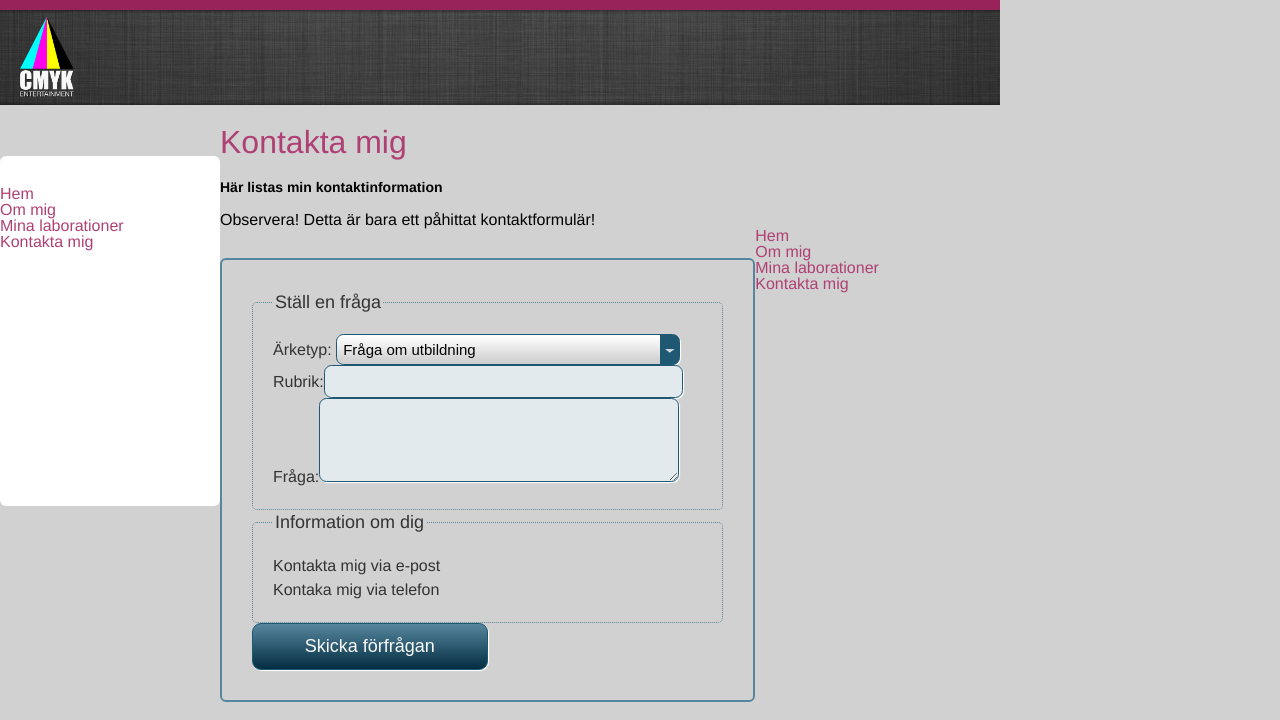
Repository: Holmewi/1ik415-jh222qr-laborationer
Page: pages/kontakt.html
The author's editor kept a record of every edit. The page is drawn from the files as they stood at one moment, then again after the next edit.
The browser window is 1280 px wide. The pictures show the whole page.

Above is the page before.

### pages/kontakt.html
<!DOCTYPE HTML>
<html lang="sv">
    <head>
        <meta charset="utf-8">
        <title>Kontakta mig - Här listas min kontaktinformation</title>
        <link rel="stylesheet" media="all" href="../css/style.css" />
    </head>
    <body>
        <container>
            <header>
                <div id="headerTop">

                </div>
                <div id="headerBottom">
                    <img src="../pics/logo.png" alt="min logotyp" class="logotyp">
                </div>
            </header>

            <nav class="borderRadius">
                <ul>
                    <li><a href="../index.html">Hem</a></li>
                    <li><a href="presentation.html">Om mig</a></li>
                    <li><a href="laborationer.html">Mina laborationer</a></li>
                    <li><a href="kontakt.html">Kontakta mig</a></li>
                </ul>
            </nav>

            <content class="borderRadius">
                <div id="contentTop">
                    <h1>Kontakta mig</h1>
                    <h4>Här listas min kontaktinformation</h4>
                </div>
                <p>Observera! Detta är bara ett påhittat kontaktformulär!</p>

                <a id="kontaktform"></a>
                <form id="input" action="http://voyager.lnu.se/tekinet/kurser/dtt/wp_webbintro/form.php" method="post">
                    <fieldset>
                        <legend>Ställ en fråga</legend>

                        Ärketyp:
                        <select>
                            <option value="utbildning">Fråga om utbildning</option>
                            <option value="kurs">Fråga om kurs</option>
                            <option value="hyra">Fråga om anställning</option>
                            <option value="webbplatsen">Fråga om webbplatsen</option>
                            <option value="privat">Ställ en privat fråga</option>
                        </select>
                        <br>
                        Rubrik:<input type="text" id="header"/>
                        <br>
                        Fråga:<textarea id="question" rows="4" cols="39"></textarea>
                    </fieldset>

                    <fieldset>
                        <legend>Information om dig</legend>
                        <input type="checkbox" id="e-post"/>Kontakta mig via e-post<br>
                        <input type="checkbox" id="telefon"/>Kontaka mig via telefon<br>
                    </fieldset>
                    <input type="Submit" value="Skicka förfrågan">
                </form>
             </content>
             <footer>
                <ul>
                    <li><a href="index.html">Hem</a></li>
                    <li><a href="pages/presentation.html">Om mig</a></li>
                    <li><a href="pages/laborationer.html">Mina laborationer</a></li>
                    <li><a href="pages/kontakt.html">Kontakta mig</a></li>
                </ul>
             </footer>
        </container>
    </body>
</html>

### css/style.css
@charset "UTF-8";
/* CSS Document */
/* http://meyerweb.com/eric/tools/css/reset/
   v2.0 | 20110126
   License: none (public domain)
*/

/*
	Main #97235A (Pink)
		Light main #D06C9B #AF4074
		Dark main #7B0E42 #58002A
	Secondary #1F5873 (Blue)
		Light aside #e3eaed #346B85
		Dark aside #0F445D #032D42
	Filler #B59D2A (Mustard)
		Light header #F9E482 #D2BB4C
		Dark header #947D11 #695700
	Text links #7B0E42
	Dark text #1D1D1D
	Light text #FAFAFA
	Footer #2A2A2A
*/

html, body, div, span, applet, object, iframe,
/* h1, h2, h3, h4, h5, h6, */ p, blockquote, pre,
a, abbr, acronym, address, big, cite, code,
del, dfn, em, img, ins, kbd, q, s, samp,
small, strike, strong, sub, sup, tt, var,
b, u, i, center,
dl, dt, dd, ol, ul, li,
/*fieldset, form, label, legend,*/
table, caption, tbody, tfoot, thead, tr, th, td,
article, aside, canvas, details, embed,
figure, figcaption, footer, header, hgroup,
menu, nav, output, ruby, section, summary,
time, mark, audio, video {
	margin: 0;
	padding: 0;
	border: 0;
	font-size: 100%;
	font-style: inherit;
    font-family: "Mundo Sans W01 Medium",Helvetica,sans-serif;
	vertical-align: baseline;
}
/* HTML5 display-role reset for older browsers */
article, aside, details, figcaption, figure,
footer, header, hgroup, main, menu, nav, section, container {
	display: block;
}

html {
    	overflow-y:scroll;     /* Fixar marginalen på sidor som inte har scroll */
}

body {
    background-color:#d1d1d1;
	line-height: 1;
}

    ul {
    	list-style: none;
    }

    blockquote, q {
    	quotes: none;
    }

    blockquote:before, blockquote:after,
    q:before, q:after {
    	content: '';
    	content: none;
    }

    table {
    	border-collapse: collapse;
    	border-spacing: 0;
    }



#wrapper {
	margin-left: auto;
	margin-right: auto;
    max-width: 1000px;
    height: 100%;
}

    header #top {
        width: 1000px;
    }

    header .asideheader {

    }

        #headerTop {
            width: 1000px;
            min-height: 10px;
        	background-color: #97235A;
        }

        #headerBottom {
            width: 1000px;
            min-height: 95px;
        	background-image:url(pics/header_bg.png);
        	background-color: #D06C9B;
        }

        #divTextlogo {
            margin: 30px 0px 0px 30px;
            float: left;
        	font-weight:100;
        	font-size:30px;
            color: #FAFAFA;
        }

/* HEADMENU */

    nav {
        width: 220px;
        min-height: 300px;
        padding-top: 30px;
        padding-bottom: 20px;
        margin: 30px 0px 25px 0px;
        float: left;
        background-color: #FFF;
    }

        #headmenu ul {
            margin: 0;
            padding: 0;
            list-style-type: none;
            font-size: 18px;
        }

        #headmenu ul li{float:left; width:100%;}

        #headmenu ul li a {
            display: block;
            background: #d9d9d9;
            /*width: 220px;*/
            text-decoration: none;
            padding: 15px 0px 15px 20px;
            margin: 1px 0px 0px 0px;
            border-left: 10px solid #97235A;
            color: #333333;

        }

            #headmenu ul li a:hover {
                border-left-color: #56869D;
                color: #56869D;
                background: #c4c4c4;
            }

            #headmenu ul li a:active {
                border-left-color: #1F5873;
                color: #1F5873;
                background: #c4c4c4;
            }

            #headmenu .active {
                border-left-color: #1F5873;
                color: #333333;
                background: #c4c4c4;
            }

            #headmenu a {
                background-image:url(pics/sprite.png);
            }

            #headmenu #homepage:hover {
                background-image:url(pics/sprite.png);
                background-repeat: no-repeat;
                background-position: 175px 12px;
            }


            #headmenu #homepage {
                background-image:url(pics/sprite.png);
                background-repeat: no-repeat;
                background-position: 175px -36px;
            }

            #headmenu #aboutpage:hover {
                background-image:url(pics/sprite.png);
                background-repeat: no-repeat;
                background-position: 175px -180px;
            }

            #headmenu #aboutpage {
                background-image:url(pics/sprite.png);
                background-repeat: no-repeat;
                background-position: 175px -228px;
            }

            #headmenu #labpage:hover {
                background-image:url(pics/sprite.png);
                background-repeat: no-repeat;
                background-position: 175px -84px;
            }

            #headmenu #labpage {
                background-image:url(pics/sprite.png);
                background-repeat: no-repeat;
                background-position: 175px -132px;
            }

            #headmenu #contactpage:hover {
                background-image:url(pics/sprite.png);
                background-repeat: no-repeat;
                background-position: 175px -276px;
            }

            #headmenu #contactpage {
                background-image:url(pics/sprite.png);
                background-repeat: no-repeat;
                background-position: 175px -324px;
            }

/* ASIDE */

    #sidefield {
        font-size: 14px;
        float: right;
        height: auto;
        max-width: 170px;
        width: 100%;
        padding: 30px;
        margin: 30px 0px 30px 0px;
        /* total width 730 */
        background-color: #FFF;
    }

    #sidefield p {
        padding-top: 5px;
    }

/* MAIN CONTENT */

    main {
        width: 670px;
        float: left;
        padding: 30px;
        margin: 30px 0px 30px 20px;
        /* total width 730 */
        background-color: #FFF;
    }

    #contenthome {
        width: 450px;
    }

        #mainheader {
            width: 100%;
            float: left;
            height: auto;
            margin: 0px 0px 20px 0px;
            border-style: double;
            border-color: #D9D9D9;
            border-width: 0px 0px 4px 0px;
        }

            #mainheader h4 {
                margin-top: -10px;
            }

                #home .blogg {
                    max-width: 470px;
                    clear: none;
                }

                .blogg {
                    float: left;
                    max-width: 100%;
                    height: 100%;
                	padding: 0px 0px 40px 0px;
                	margin: 0px 0px 40px 0px;
                    border-style: dotted;
                    border-color: #D9D9D9;
                    border-width: 0px 0px 1px 0px;
                    clear: both;
                }

                    #hcard-Joakim-Torbjorn-Holmevi {

                    }

                    .blogg p {
                	padding-bottom: 20px;
                    }

                    .bloggContent {
                        height: auto;
                    	padding-bottom: 20px;
                    }

                    .bloggInfo {
                        padding-top: 10px;
                        padding-bottom: 10px;
                        border-style: dotted;
                        border-color: #D9D9D9;
                        border-width: 1px 0px 0px 0px;
                        clear: both;
                    }

                    .bloggInfo p, .bloggInfo a {
                    	font-size: 12px;
                        display: inline;
                    }

                    .comments {
                        width: 90%;
                        float: left;
                        background-color: #F1F1F1;
                        padding: 0px 20px 0px 20px;
                        border-style: solid;
                        border-color: #D9D9D9;
                        border-width: 0px 0px 5px 0px;
                    }

                    .comment {
                        display: inline-block;
                        line-height: 2px;
                    	font-size: 12px;
                        width: 90%;
                    }

                    .commentlink {
                        display: inline-block;
                    	font-size: 12px;
                        width: 100%;
                    }



/* FOOTER */

    #bottom {
        max-width: 1000px;
        height: 173px;
        /* total width 1000 */
        /* total height 253 */
        background-color: #2A2A2A;
        border-style: solid;
        border-color: #97235A;
        border-width: 10px 0px 0px 0px;
        clear: both;
        background-image:url(pics/footer_bg.png);
    }

        #footerNav {
            padding-top: 30px;
            width: 440px;
            margin: auto;
        }



/* HEADERS, LISTS AND TEXT */

    h1 {
        font-size: 32px;
    	font-weight: 400;
    	color: #AF4074;
    }

    h2 {
        font-size: 24px;
    }

    h3 {
        font-size: 18px;
    }

    h4 {
        font-size: 14px;
    }

    .bloggContent H2 {
        padding-left: 30px;
        padding-bottom: 14px;
        background-image:url(pics/blogicon.png);
        background-repeat: no-repeat;
        background-size: 23px 23px;
    }

    .ingress {
    	font-weight: 800;
    	padding-bottom: 20px;
    }

/* IMAGES AND VIDEOS */

    .bloggVideo {
        max-width: 450px;
        padding: 7px 0px 0px 0px;
    }

    .logotyp {
        max-height: 80px;
        padding: 7px 0px 0px 20px;
    }

    .profilbild {
        padding: 0px 20px 10px 0px;
        float: left;
        max-width: 140px;
    }

    .bloggbild {
        max-width: 450px;
        padding: 0px 0px 20px 0px;
    }

    .bloggBild_right {
        max-width: 220px;
        padding: 0px 0px 10px 15px;
    }

    .bloggBild_left {
        max-width: 220px;
        padding: 0px 15px 10px 0px;
    }



/* GENERAL CLASSES */

    .borderRadius {
    	-webkit-border-radius: 6px;
    	-moz-border-radius: 6px;
    	border-radius: 6px;
    }



    .displayinline {
        display: inline;
    }

    .blogg table {
        width: 600px;
    }

    .blogg table, .blogg tr, .blogg th, .blogg td {
        padding: 5px;
    	border: solid 1px;
    	border-color: #455;
    }

    .labList dd, .labList ol {
    	margin-left: 35px;
    }

    .labList li, .labList dt, .labList dd, .labList p {
    	font-size: 16px;
    }

    .labList a, .labList dt, .labList dd, .labList ul {
    	font-size: 14px;
    }

    .labList dt, .labList dd, .labList li, .labList dt, .labList dd, .labList p {
    	padding-bottom: 5px;
    }

    .floatleft {
    	float: left;
    }

    .floatright {
    	float: right;
    }

    .clearboth {
    	clear: both;
    }

    .rightalign {
        text-align: right;
    }

/* LINKS */

    a:link {
        color:#AF4074;
        text-decoration:none;
    }
    a:visited {
        color:#AF4074;
        text-decoration:none;
    }
    a:hover {
        color:#56869D;
        text-decoration:underline;
    }
    a:active {
        color:#56869D;
        text-decoration:underline;
    }

    #bottom a:link { color:#FFF;  }
    #bottom a:visited { color:#FFF;  }
    #bottom a:hover { color:#FFF;  }
    #bottom a:active { color:#FFF;  }

    #bottom li {
    	font-size: 18px;
    	margin-right: 20px;
    	display:inline;
    }






/* FORM */
/*
Hittade lite nyttig hjälp på mozilla developer för att ändra utseendet på checkboxarna
Källa: https://developer.mozilla.org/en-US/docs/Web/Guide/HTML/Forms/Advanced_styling_for_HTML_forms
*/

    .form {

        height: auto;
    	margin: 0px;
    }

        form {
            float: left;
            line-height: 24px;
            color: #333333;
            border: 2px solid #56869D;
            border-radius: 6px;
            -webkit-border-radius: 6px;
            -moz-border-radius: 6px;
            margin: 30px 0px 0px 0px;
            padding: 30px;
            display: inline-block;
        }

            #observe {
                clear: both;
                padding-top: 20px;
                margin-top: 20px;
            }

            fieldset {
                border : 1px dotted #56869D;
                border-radius: 5px;
                margin : 0;
                padding: 20px;
            }

                #set_form p {
                    padding-top: 12px;
                }

                #contact_info {
                    margin-top: 20px;
                    margin-bottom: 30px;
                }

                legend {
                    font-size: 18px;
                }

                label {
                  cursor: pointer;
                }

                form p {
                  margin: 0;
                }

                form p+p {
                  margin: .5em 0 0;
                }

                input[type=text], input[type=submit], textarea, select {
                    -webkit-appearance: none;     /* Tar bort standardutseendet på elementen */
                }


                select {
                    border: 1px solid #1F5873;
                    padding: 6px;
                    font-size: 15px;
                    line-height: 17px;
                    width: 80%;
                    background: -webkit-gradient(linear, left top, left bottom, from(#fff), to(#ccc));
                    -webkit-appearance: none;
                    -webkit-box-shadow: 1px 1px 1px #fff;
                    -webkit-border-radius: 0.5em;
                }

                /* original check box are push outside the viexport */
                :root input[type=checkbox] {
                    position: absolute;
                    left: -1000em;
                }

                :root input[type=checkbox] + label:before {
                    content: "";
                    display: inline-block;
                    width  : 19px;
                    height : 19px;
                    margin : 0 .5em 0 0;
                    background: url("pics/checkbox_sprite2.png") no-repeat 0 0;

                    /* The following is used to adjust the position of
                    the check boxes on the text baseline */

                    vertical-align: bottom;
                    position: relative;
                    bottom: 2px;
                }

                :root input[type=checkbox]:checked + label:before {
                    background-position: 0 -19px;
                }

                :root input[type=checkbox]:disabled + label:before {
                    background-position: 0 -38px;
                }

                :root input[type=checkbox]:checked:disabled + label:before {
                    background-position: 0 -57px;
                }

                :root input[type=checkbox]:focus {
                    outline: 1px dotted black;
                }

                select {
                    background: url("pics/form_list_bg.png") no-repeat right;
                    background-size: auto 32px;
                }

                input[type=text], textarea {
                    border: 1px solid #1F5873;
                    padding: 7px;
                    font-size: 15px;
                    line-height: 17px;
                    width: 80%;
                    background-color: #e3eaed;
                    -webkit-appearance: none;
                    -webkit-box-shadow: 1px 1px 1px #fff;
                    -webkit-border-radius: 0.5em;
                 }

                input[type=submit] {
                    border: 1px solid #1F5873;
                    padding: 14px;
                    font-size: 18px;
                    line-height: 17px;
                    width: 50%;
                    color: #FAFAFA;
                    background: -webkit-gradient(linear, left top, left bottom, from(#56869D), to(#032D42));
                    -webkit-appearance: none;
                    -webkit-box-shadow: 1px 1px 1px #fff;
                    -webkit-border-radius: 0.5em;
                 }

After the next edit:
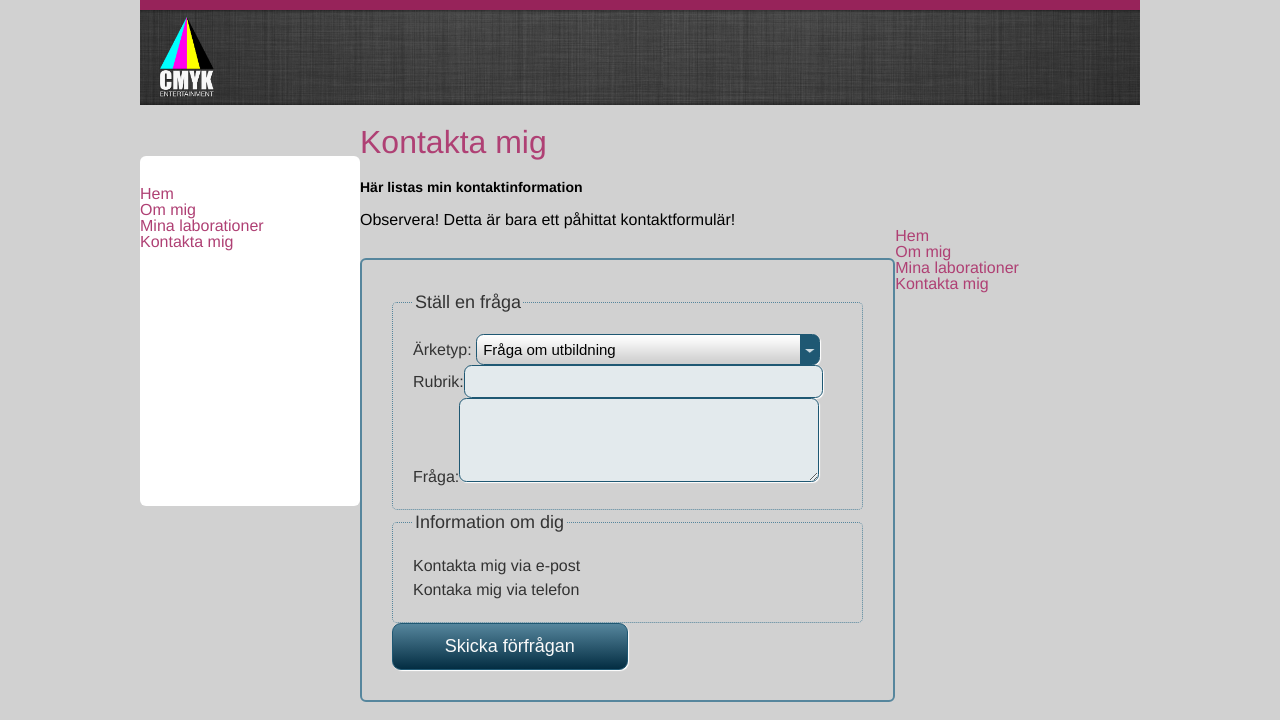
The edit:
--- a/pages/kontakt.html
+++ b/pages/kontakt.html
@@ -6,7 +6,7 @@
         <link rel="stylesheet" media="all" href="../css/style.css" />
     </head>
     <body>
-        <container>
+        <div id="wrapper"> <!-- fick felmeddelande när jag använde taggen container -->
             <header>
                 <div id="headerTop">
 
